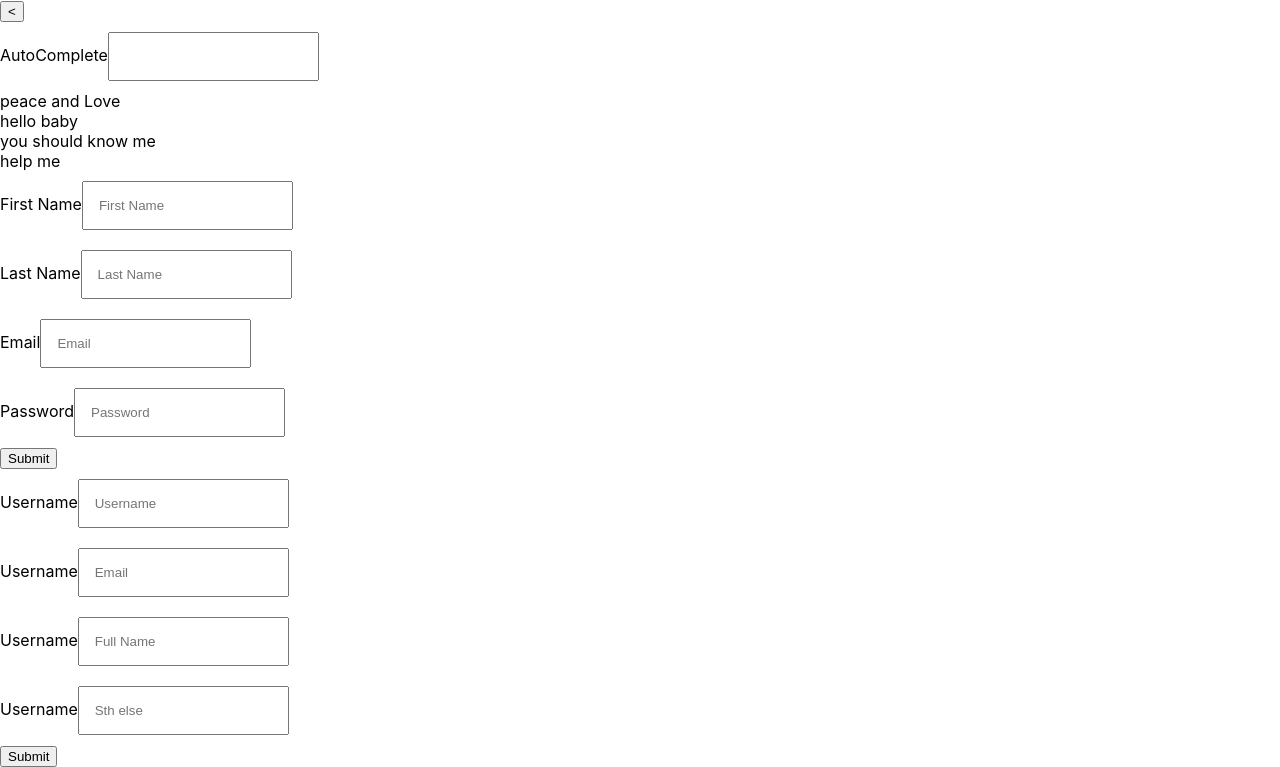
Repository: Jimmy-Lu-iK/Demo-UI
Page: /
These files come from the project's save history. The page is drawn as it stood at one moment and after a run of saves; the edit follows.
The browser window is 1280 px wide. The pictures show the whole page.
The project was rebuilt for these pictures with package versions that can differ from the ones it lists, and the page was loaded fresh each time. Also part of the build but not shown: src/App.css, src/components/Option.js, src/Js/ArrayBuiltIn.js, src/Js/Word.js.

Above is the page before, as saved 2023-02-12 19:50:30.

After the next 3 saves:
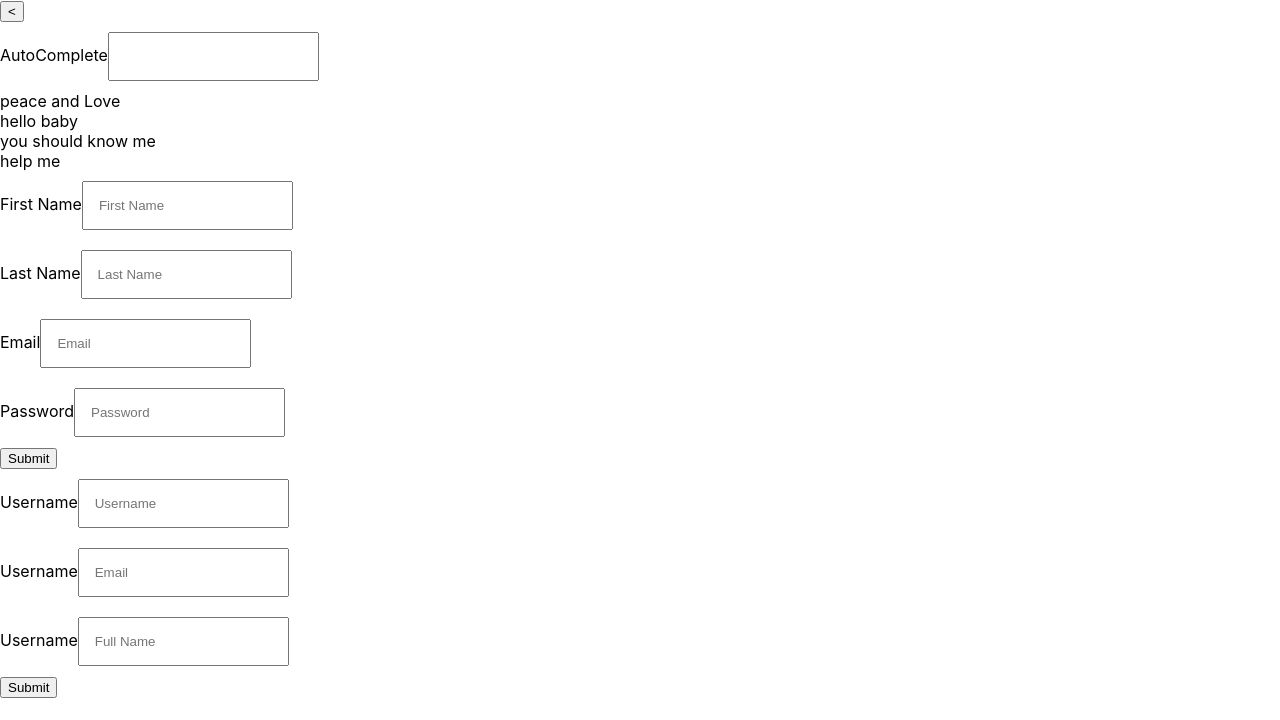
The 3 saves are shown as one change because they came seconds apart.
The last was saved 45 s later.
--- a/src/components/Form.js
+++ b/src/components/Form.js
@@ -14,9 +14,8 @@ function Form() {
   return <div>
     <form className='input-form' onSubmit={handleSubmit}>
       <FormInput name="username" placeholder="Username" />
-      <FormInput name="username" placeholder="Email" />
-      <FormInput name="username" placeholder="Full Name" />
-      <FormInput name="username" placeholder="Sth else" />
+      <FormInput name="email" placeholder="Email" />
+      <FormInput name="fullname" placeholder="Full Name" />
       <button>Submit</button>
     </form>
   </div>
